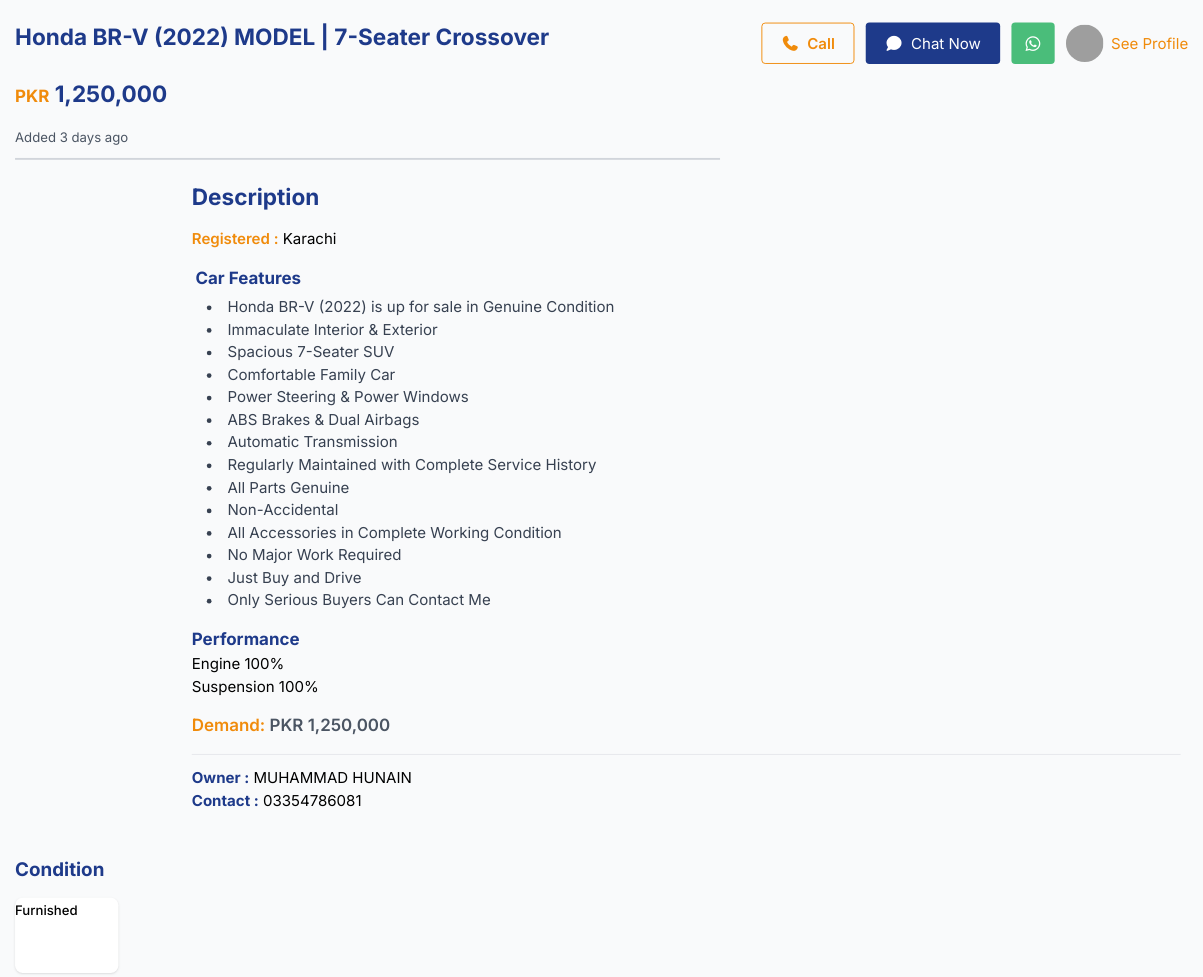
Repository: ARFA-SAEED/miljayega
Page: src/motorsPage/bikes_1.html
The author's editor kept a copy of each file at every save. The page is drawn from the files as they stood at one save, then again after the next save.
The browser window is 1280 px wide. The pictures show the part of the page from y = 633 to 1672 px (the page is 2654 px tall), at 94% of full size.
Pictures or frames that could not be fetched are drawn as grey boxes. A picture or video elsewhere on the page could not be fetched, so the positions and the page height are approximate. Some web fonts or font styles are not loaded; a fallback is used. Some web libraries are served in a nearby version.

Above is the page before, as saved 2025-08-25 13:32:14.

### src/motorsPage/bikes_1.html
<!DOCTYPE html>
<html lang="en">

<head>
    <meta charset="utf-8" />
    <meta content="width=device-width, initial-scale=1.0" name="viewport" />
    <title>Miljaega.pk - Bikes 1</title>
    <script src="https://cdn.tailwindcss.com?plugins=forms,container-queries"></script>
    <link href="https://fonts.googleapis.com/css2?family=Inter:wght@400;500;600;700&display=swap" rel="stylesheet" />
    <link href="https://fonts.googleapis.com/css2?family=Poppins:wght@400;500;600;700&display=swap" rel="stylesheet" />
    <link href="https://fonts.googleapis.com/icon?family=Material+Icons" rel="stylesheet" />
    <link href="https://fonts.googleapis.com/css2?family=Lalezar&display=swap" rel="stylesheet">
    <link href="https://fonts.googleapis.com/css2?family=Noto+Nastaliq+Urdu&display=swap" rel="stylesheet">
    <script src="https://cdn.jsdelivr.net/npm/alpinejs@3.x.x/dist/cdn.min.js" defer></script>
    <script src="https://cdn.jsdelivr.net/npm/@tailwindcss/browser@4"></script>
    <link rel="stylesheet" href="./Css/miljaega-homepage.css">
    <!-- Font Awesome CDN -->
    <link href="https://cdnjs.cloudflare.com/ajax/libs/font-awesome/6.5.2/css/all.min.css" rel="stylesheet">

    <link rel="stylesheet" href="https://cdnjs.cloudflare.com/ajax/libs/font-awesome/7.0.0/css/all.min.css"
        integrity="sha512-DxV+EoADOkOygM4IR9yXP8Sb2qwgidEmeqAEmDKIOfPRQZOWbXCzLC6vjbZyy0vPisbH2SyW27+ddLVCN+OMzQ=="
        crossorigin="anonymous" referrerpolicy="no-referrer" />
</head>

<body class="bg-gray-50">

    <!-- Header -->
    <header class="bg-white shadow-sm fixed top-0 z-50 w-full">
        <div class="lg:mx-auto 2xl:mx-20 relative py-3 container px-4 sm:px-6">
            <div class="flex justify-between items-center py-3">
                <!-- Left: Logo -->
                <div class="flex-shrink-0">
                    <img src="../../../assets/images/logo.svg" alt="Logo" class="h-8 sm:h-10" />
                </div>

                <!-- Center Nav (Desktop) -->
                <nav
                    class="hidden xl:flex absolute 2xl:ms-[440px] left-1/2 transform -translate-x-1/2 space-x-6 text-sm font-medium text-gray-600">
                    <div class="flex justify-center mt-2">
                        <div class="inline-flex rounded-lg shadow-md bg-white overflow-hidden">
                            <a href="#"
                                class="px-6 py-3 text-sm font-medium text-white bg-blue-900 hover:bg-blue-900 transition duration-300 flex items-center">
                                <i class="fa-solid fa-list mr-2"></i> ALL
                            </a>
                            <a href="#"
                                class="px-6 py-3 text-sm font-medium text-pak-green hover:bg-[rgb(220,228,245)] flex items-center">
                                <i class="fa-solid fa-circle-plus mr-2"></i> NEW
                            </a>
                            <a href="#"
                                class="px-6 py-3 text-sm font-medium text-pak-green hover:bg-[rgb(220,228,245)] flex items-center">
                                <i class="fa-solid fa-recycle mr-2"></i> USED
                            </a>
                            <a href="#"
                                class="px-6 py-3 text-sm font-medium text-pak-green hover:bg-[rgb(220,228,245)] flex items-center">
                                <i class="fa-solid fa-key mr-2"></i> RENT
                            </a>
                            <a href="#"
                                class="px-6 py-3 text-sm font-medium text-pak-green hover:bg-[rgb(220,228,245)] flex items-center">
                                <i class="fa-solid fa-arrow-right-arrow-left mr-2"></i> Exchange
                            </a>
                        </div>
                    </div>
                </nav>

                <!-- Mobile Hamburger -->
                <button id="mobileMenuToggle" class="block xl:hidden text-gray-700 hover:text-primary-green">
                    <svg class="w-7 h-7" fill="none" stroke="currentColor" stroke-width="2" viewBox="0 0 24 24">
                        <path stroke-linecap="round" stroke-linejoin="round" d="M4 6h16M4 12h16M4 18h16"></path>
                    </svg>
                </button>
            </div>
        </div>
    </header>

    <!-- Mobile Menu -->
    <div id="mobileMenu"
        class="xl:hidden hidden bg-white shadow-md fixed top-[72px] left-0 right-0 z-40 max-h-[calc(100vh-72px)] overflow-y-auto">
        <div class="px-4 py-4 space-y-4 text-sm font-medium text-gray-700">
            <div class="flex justify-around text-center gap-2 flex-wrap">
                <a href="#" class="flex flex-col items-center gap-1 hover:text-primary-green">
                    <img src="./images/second-hand.png" class="w-6 h-6" /> Used
                </a>
                <a href="#" class="flex flex-col items-center gap-1 hover:text-primary-green">
                    <img src="./images/new.png" class="w-6 h-6" /> New
                </a>
                <a href="#" class="flex flex-col items-center gap-1 hover:text-primary-green">
                    <img src="./images/exchange.png" class="w-6 h-6" /> Exchange
                </a>
                <a href="#" class="flex flex-col items-center gap-1 hover:text-primary-green">
                    <img src="./images/rent.png" class="w-6 h-6" /> Rentals
                </a>
            </div>
        </div>
    </div>

    <!-- Spacer -->
    <div class="pt-[72px]"></div>

    <!-- Images Section -->
    <div class="container mx-auto px-4 mt-12">
        <div class="grid grid-cols-1 lg:grid-cols-2 gap-3">
            <div>
                <img class="w-full h-[250px] sm:h-[400px] lg:h-[513px] object-cover rounded-lg lg:rounded-l-[10px]"
                    src="https://auto.yugatech.com/wp-content/uploads/2022/09/2023-Honda-BRV-Main-2048x1024.jpg" alt="">
            </div>
            <div class="flex flex-col gap-3">
                <img class="w-full h-[200px] sm:h-[250px] object-cover rounded-lg lg:rounded-tr-[10px]"
                    src="https://hondaotodalat.com.vn/wp-content/uploads/2020/02/honda_BRV_hondaotovovankiet_vn_15.jpg"
                    alt="">
                <img class="w-full h-[200px] sm:h-[250px] object-cover rounded-lg lg:rounded-br-[10px]"
                    src="https://d31sro4iz4ob5n.cloudfront.net/upload/car/br-v-2024/feature/interior/br-v-2024-lhd-amplio-confort-y-versatilidad.jpg"
                    alt="">
            </div>
        </div>
    </div>

    <!-- Title & Buttons -->
    <div class="container mx-auto px-4 mt-6 flex flex-col lg:flex-row justify-between items-start gap-4">
        <h1 class="font-bold text-blue-900 text-xl lg:text-2xl">
            Honda BR-V (2022) MODEL | 7-Seater Crossover
        </h1>
        <div class="flex flex-wrap gap-3">
            <button class="border border-[#F08B0B] text-[#F08B0B] font-semibold rounded px-5 py-2 flex items-center">
                <i class="fa-solid fa-phone me-2"></i> Call
            </button>
            <button class="bg-blue-900 hover:bg-blue-800 text-white rounded px-5 py-2 flex items-center">
                <i class="fa-solid fa-comment me-2"></i> Chat Now
            </button>
            <button class="bg-[#4ABD7A] text-white rounded px-3 py-2 flex items-center">
                <i class="fa-brands fa-whatsapp text-lg"></i>
            </button>
            <div class="flex items-center gap-2">
                <img class="rounded-full h-10 w-10"
                    src="https://tse3.mm.bing.net/th/id/OIP.WpIMP_W3gb5bZ81rA-K2YgHaHa?pid=Api&P=0&h=220" alt="">
                <span class="text-[#F08B0B]">See Profile</span>
            </div>
        </div>
    </div>


    <!-- Price -->
    <div class="container mx-auto px-4 mt-4">
        <h1 class="text-blue-900 font-bold text-xl lg:text-2xl">
            <span class="text-lg text-[#F08B0B]">PKR</span> 1,250,000
        </h1>
        <p class="text-gray-600 text-sm mt-5 pb-3 border-b border-gray-300 border-b-2 w-[750px]">Added 3 days ago</p>
    </div>

    <div class=" p-6 ms-[180px] space-y-4">
        <h3 class="text-2xl font-bold text-blue-900">Description</h3>

        <p><span class="font-semibold text-[#F08B0B]">Registered :</span> Karachi</p>

        <ol class="list-style-type-non list-inside space-y-1 text-gray-700">
            <li><span class="font-bold text-lg ms-1 text-blue-900">Car Features</span></li>
            <ul class="list-disc  list-inside ml-4">
                <li>Honda BR-V (2022) is up for sale in Genuine Condition</li>
                <li>Immaculate Interior & Exterior</li>
                <li>Spacious 7-Seater SUV</li>
                <li>Comfortable Family Car</li>
                <li>Power Steering & Power Windows</li>
                <li>ABS Brakes & Dual Airbags</li>
                <li>Automatic Transmission</li>
                <li>Regularly Maintained with Complete Service History</li>
                <li>All Parts Genuine</li>
                <li>Non-Accidental</li>
                <li>All Accessories in Complete Working Condition</li>
                <li>No Major Work Required</li>
                <li>Just Buy and Drive</li>
                <li>Only Serious Buyers Can Contact Me</li>
            </ul>
        </ol>

        <div>
            <h4 class="font-bold text-blue-900 text-lg">Performance</h4>
            <p>Engine 100% <br> Suspension 100%</p>
        </div>

        <p class="text-lg font-semibold text-[#F08B0B]">Demand: <span class="text-gray-600">PKR 1,250,000</span></p>

        <div class="border-t pt-3">
            <p><span class="font-bold text-blue-900">Owner :</span> MUHAMMAD HUNAIN</p>
            <p><span class="font-bold text-blue-900 ">Contact :</span> 03354786081</p>
        </div>
    </div>


    <!-- Condition -->
    <div class="container mx-auto px-4 mt-6">
        <h1 class="text-blue-900 font-bold text-xl">Condition</h1>

        <div class=" mt-4 shadow rounded-lg h-20 w-[110px] bg-white items-center">

            <span class="text-sm font-medium">Furnished</span>
        </div>
    </div>

    <!-- Location -->
    <div class="container mx-auto px-4 mt-6">
        <h1 class="text-blue-900 font-bold text-xl mb-3">Location and nearby facilities</h1>
        <div class="flex flex-wrap gap-4 mb-5">
            <button class="flex items-center gap-2 px-4 py-2 bg-white rounded-lg shadow-md">
                <i class="fa-solid fa-border-all text-[#F08B0B]"></i> All
            </button>
            <button class="flex items-center gap-2 px-4 py-2 bg-white rounded-lg shadow-md">
                <i class="fa-solid fa-school text-[#F08B0B]"></i> School
            </button>
            <button class="flex items-center gap-2 px-4 py-2 bg-white rounded-lg shadow-md">
                <i class="fa-solid fa-hospital text-[#F08B0B]"></i> Hospitals
            </button>
            <button class="flex items-center gap-2 px-4 py-2 bg-white rounded-lg shadow-md">
                <i class="fa-solid fa-utensils text-[#F08B0B]"></i> Restaurant
            </button>
        </div>
        <img src="https://png.pngtree.com/png-clipart/20230315/original/pngtree-map-location-pin-with-red-png-image_8989833.png"
            class="h-[300px] sm:h-[400px] mx-auto" alt="">
    </div>
    <footer class="bg-[#0C3168] text-white">
        <div class="container mx-auto px-4 sm:px-6 lg:px-8 py-10">

            <!-- ✅ Mobile/Tablet (sm, md, lg): 2 Rows Layout -->
            <div class="flex  flex-wrap gap-8 lg:hidden">
                <!-- Row 1: ABOUT US + MY ACCOUNT -->
                <div class="w-full flex   gap-8">
                    <!-- ABOUT US -->
                    <div class="w-full ms-10 md:ms-0 sm:w-1/2 text-left">
                        <ul class="leading-10">
                            <li class="font-bold text-xl mb-3">ABOUT US</li>
                            <li>FAQ</li>
                            <li>Anti Scam</li>
                            <li>Term of use</li>
                            <li>Privacy Policy</li>
                            <li>Contact Us</li>
                            <li>Sitemap</li>
                        </ul>
                    </div>
                    <!-- MY ACCOUNT -->
                    <div class="w-full ms-20 md:ms-60 sm:w-1/2 text-left">
                        <ul class="leading-10">
                            <li class="font-bold text-xl mb-3">MY ACCOUNT</li>
                            <li>Login</li>
                            <li>Register</li>
                        </ul>
                    </div>
                </div>

                <!-- Row 2: Miljaega + Social -->
                <div class="w-full flex gap-8 mt-5">
                    <!-- Miljaega -->
                    <div class="w-full sm:w-1/2 ms-10 md:ms-0 text-left">
                        <ul class="leading-10">
                            <li class="font-bold text-xl mb-3">Miljaega</li>
                            <li>Inspected by miljaega</li>
                            <li>Featured by miljaega</li>
                            <li>Recomended by miljaega</li>
                        </ul>
                    </div>
                    <!-- Social -->
                    <div class="w-full ms-20 md:ms-60  sm:w-1/2 text-left leading-15">
                        <ul>
                            <li class="font-bold text-xl  mb-3">FOLLOW US</li>
                        </ul>
                        <div class=" ms-8 md:ms-0 sm:flex-wrap md:flex mt-3 gap-5">
                            <img src="../../assets/images/fb.svg" class="h-10" alt="">
                            <img src="../../assets/images/insta.svg" class="h-10" alt="">
                            <img src="../../assets/images/twitter.svg" class="h-10" alt="">
                            <img src="../../assets/images/youtube.svg" class="h-10" alt="">
                        </div>
                    </div>
                </div>
            </div>

            <!-- ✅ XL and Up: Original 4-column Layout -->
            <div class="hidden lg:block lg:flex lg:justify-between xl:gap-8">
                <!-- ABOUT US -->
                <div class="w-full sm:w-1/2 xl:w-auto mb-5 xl:mb-0  xl:text-left">
                    <ul class="leading-10">
                        <li class="font-bold text-xl mb-3">ABOUT US</li>
                        <li>FAQ</li>
                        <li>Anti Scam</li>
                        <li>Term of use</li>
                        <li>Privacy Policy</li>
                        <li>Contact Us</li>
                        <li>Sitemap</li>
                    </ul>
                </div>
                <!-- MY ACCOUNT -->
                <div class="w-full sm:w-1/2 xl:w-auto text-left mb-5 xl:mb-0">
                    <ul class="leading-10">
                        <li class="font-bold text-xl mb-3">MY ACCOUNT</li>
                        <li>Login</li>
                        <li>Register</li>
                    </ul>
                </div>
                <!-- Miljaega -->
                <div class="w-full sm:w-1/2 xl:w-auto mb-5 xl:mb-0 text-left">
                    <ul class="leading-10">
                        <li class="font-bold text-xl mb-3">Miljaega</li>
                        <li>Inspected by miljaega</li>
                        <li>Featured by miljaega</li>
                        <li>Recomended by miljaega</li>
                    </ul>
                </div>
                <!-- Social -->
                <div class="w-full sm:w-1/2 xl:w-auto text-left mb-5 xl:mb-0 leading-15">
                    <ul>
                        <li class="font-bold text-xl mb-3">FOLLOW US</li>
                    </ul>
                    <div class="flex  ustify-start mt-3 gap-5">
                        <img src="../../assets/images/fb.svg" class="h-10" alt="">
                        <img src="../../assets/images/insta.svg" class="h-10" alt="">
                        <img src="../../assets/images/twitter.svg" class="h-10" alt="">
                        <img src="../../assets/images/youtube.svg" class="h-10" alt="">
                    </div>
                </div>
            </div>

            <!-- Footer bottom -->
            <div class="text-center border-t-2 border-white mt-10 pt-5 text-sm">
                <p>© Copyright 2025 Miljaega <br>Powered by The Tech Creators</p>
            </div>
        </div>
    </footer>

    <script>
        // Mobile menu toggle
        document.addEventListener("DOMContentLoaded", () => {
            const toggleBtn = document.getElementById("mobileMenuToggle");
            const mobileMenu = document.getElementById("mobileMenu");
            toggleBtn.addEventListener("click", () => {
                mobileMenu.classList.toggle("hidden");
            });
        });
    </script>

</body>

</html>

### assets/Css/miljaega-homepage.css
 :root {
   --primary-green: #0B6847;
 }

 body {
   font-family: 'Inter', sans-serif;
   background-color: #f8fafc;
 }

 .text-primary-green {
   color: var(--primary-green);
 }

 .bg-primary-green {
   background-color: #003E3E;
 }

 .border-primary-green {
   border-color: var(--primary-green);
 }

 .card {
   @apply bg-white rounded-lg shadow-[0_4px_6px_-1px_rgba(0, 0, 0, 0.1), 0_2px_4px_-2px_rgba(0, 0, 0, 0.1)] transition-transform duration-200;
 }

 .card:hover {
   transform: translateY(-5px);
 }

 .verified-badge {
   @apply text-blue-600 text-base;
 }


 /* Sell Button */
 ._520955ba {
   position: relative;
   overflow: hidden;
   border-radius: 4px;
 }

 header {
   z-index: 100;
 }

 .fbf39733 {
   background-color: #ffffff;
   /* Green background */
   border: none;
   cursor: pointer;
 }

 ._6257aca6 {
   object-fit: contain;
   z-index: 1;
 }


 ._948d9e0a {
   position: relative;
   z-index: 2;
 }

 ._27a68d65 {
   display: flex;
   align-items: center;
 }

 .b2e0090c {
   padding: 8px 16px;
 }

 ._371e9918 {
   color: white;
 }

 ._6041419a {
   margin-right: 8px;
 }

 ._8206696c {
   font-weight: 900;
 }

 .b7af14b4 {
   font-size: 12px;
 }

 .dd240920 {
   line-height: 1.5;
 }

 @import url('https://fonts.googleapis.com/css2?family=Inter:wght@300;400;500;600;700&display=swap');

 body {
   font-family: 'Inter', sans-serif;

 }

 .card-hover {
   transition: all 0.3s ease;
   box-shadow: 0 4px 6px rgba(0, 0, 0, 0.05);
 }

 .card-hover:hover {
   transform: translateY(-5px);
   box-shadow: 0 10px 25px rgba(0, 0, 0, 0.1);
 }

 .image-hover {
   transition: transform 0.5s ease;
 }

 .status-dot {
   position: absolute;
   bottom: 5px;
   right: 10px;
   width: 12px;
   height: 12px;
   background-color: #1dbf73;
   border: 2px solid white;
   border-radius: 50%;
   z-index: 10;
   box-shadow: 0 0 0 2px rgba(29, 191, 115, 0.3);
 }

 .status-pulse {
   position: absolute;
   bottom: -1px;
   right: -1px;
   width: 16px;
   height: 16px;
   background-color: rgba(29, 191, 115, 0.4);
   border-radius: 50%;
   z-index: 5;
   animation: pulse 1.5s infinite;
 }

 @keyframes pulse {
   0% {
     transform: scale(0.8);
     opacity: 0.7;
   }

   70% {
     transform: scale(1.5);
     opacity: 0;
   }

   100% {
     transform: scale(0.8);
     opacity: 0;
   }
 }

 .star-container {
   display: inline-flex;
   align-items: center;
   margin-left: -8px;
 }

 .star-full {
   color: #f2880f;
   position: relative;
 }

 .star-full::before {
   content: "★";
   position: absolute;
   color: white;
   font-size: 15px;
   top: 2px;
   left: 2px;
 }

 .star-half {
   position: relative;
   width: 20px;
   height: 20px;
 }

 .star-half-left {
   position: absolute;
   left: 0;
   width: 50%;
   height: 100%;
   background: #ff643d;
   border-top-left-radius: 3px;
   border-bottom-left-radius: 3px;
 }

 .star-half-right {
   position: absolute;
   right: 0;
   width: 50%;
   height: 100%;
   background: rgba(200, 201, 202, 0.48);
   border-top-right-radius: 3px;
   border-bottom-right-radius: 3px;
 }

 .star-half::before {
   content: "★";
   position: absolute;
   color: white;
   font-size: 15px;
   top: 2px;
   left: 2px;
   z-index: 10;
 }

 .badge {
   transition: all 0.3s ease;
 }

 .badge:hover {
   transform: scale(1.05);
 }

 .arrow-tab {
   position: relative;
   padding: 0.75rem 2rem;
   display: flex;
   align-items: center;
   justify-content: center;
   clip-path: polygon(0 0, calc(100% - 20px) 0, 100% 50%, calc(100% - 20px) 100%, 0 100%, 20px 50%);
   margin-left: -18px;
   cursor: pointer;
   transition: all 0.2s ease;
 }

 .arrow-tab:first-child {
   clip-path: polygon(0 0, calc(100% - 20px) 0, 100% 50%, calc(100% - 20px) 100%, 0 100%);
   margin-left: 0;
   padding-left: 3rem;
 }

 .arrow-tab.active {
   background-color: #1e3a8a;
   /* Tailwind's blue-900 */
   color: white;
   z-index: 10;
 }

 .arrow-tab:not(.active):hover {
   background-color: #ced8f3;
   /* Light gray on hover */
 }

 @media (min-width: 1024px) and (max-width: 1028px) {
   .custom-mt {
     margin-top: 10px;
     /* Equivalent to mt-9 */
   }
 }

 .thumbnail {
   transition: all 0.2s ease;
 }

 .thumbnail:hover {
   transform: scale(1.05);
   box-shadow: 0 0 5px rgba(59, 130, 246, 0.5);
 }

 #main-image {
   transition: opacity 0.3s ease;
 }



 .scrollbar-hide::-webkit-scrollbar {
   display: none;
 }

 .scrollbar-hide {
   -ms-overflow-style: none;
   scrollbar-width: none;
 }

 .search-dropdown {
   display: none;
   position: absolute;
   top: 100%;
   /* directly below input */
   left: 0;
   width: 100%;
   max-height: 400px;
   overflow-y: auto;
   /* only scroll when necessary */
   z-index: 999999;
   /* way above all site content */
   background: white;
   border: 1px solid #e5e7eb;
   border-radius: 0.5rem;
   box-shadow: 0 4px 6px -1px rgba(0, 0, 0, 0.1),
     0 2px 4px -1px rgba(0, 0, 0, 0.06);
 }

 .search-dropdown-section {
   padding-left: 13px;
   padding-right: 13px;
   padding-bottom: 10px;

 }

 .search-dropdown-section:last-child {
   border-bottom: none;
 }

 .search-dropdown-item {
   padding: 0.5rem;
   cursor: pointer;
   border-radius: 0.25rem;
   background-color: white;
 }

After the next save:
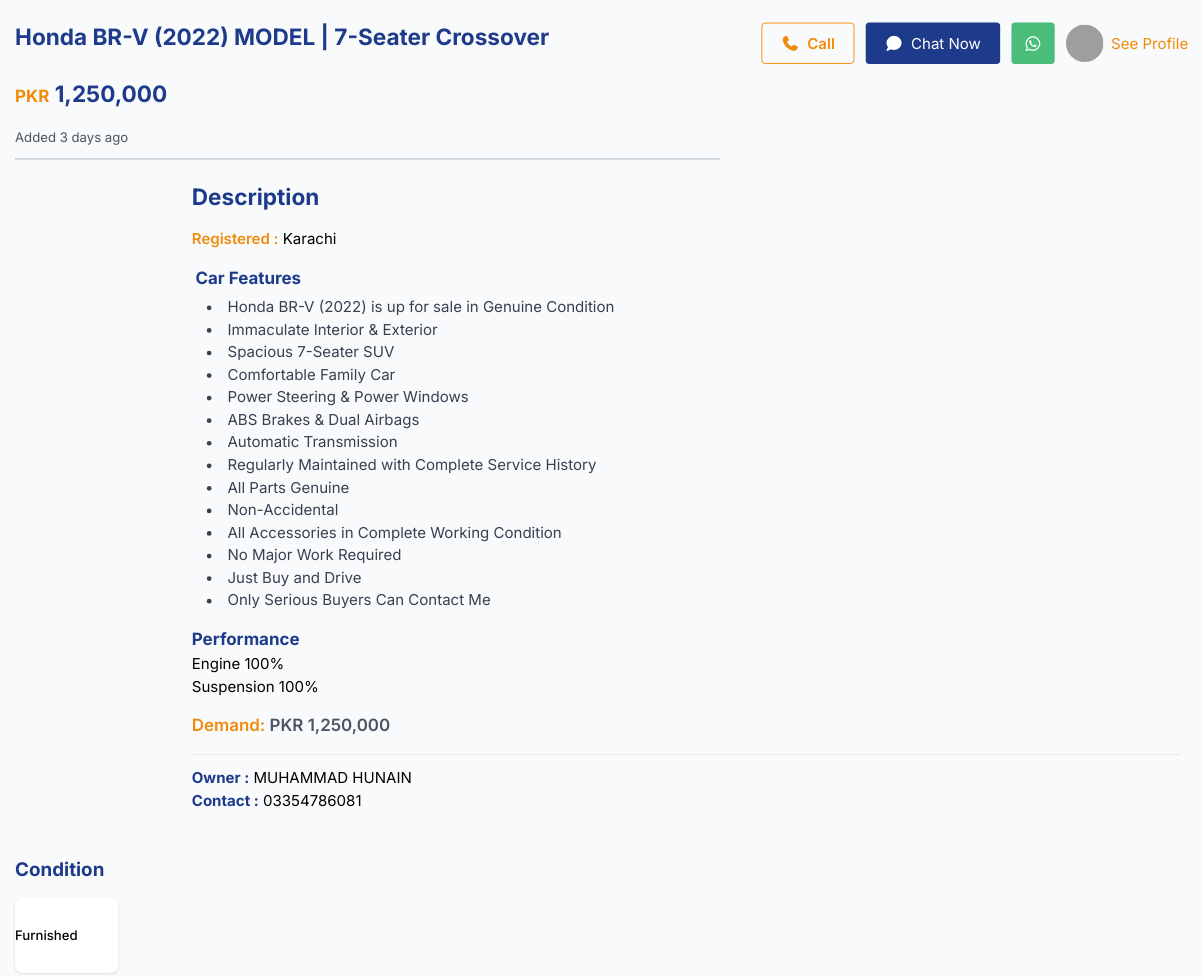
Saved 4 s later.
--- a/src/motorsPage/bikes_1.html
+++ b/src/motorsPage/bikes_1.html
@@ -189,7 +189,7 @@
     <div class="container mx-auto px-4 mt-6">
         <h1 class="text-blue-900 font-bold text-xl">Condition</h1>
 
-        <div class=" mt-4 shadow rounded-lg h-20 w-[110px] bg-white items-center">
+        <div class=" mt-4 shadow rounded-lg h-20 w-[110px] bg-white items-center flex">
 
             <span class="text-sm font-medium">Furnished</span>
         </div>
